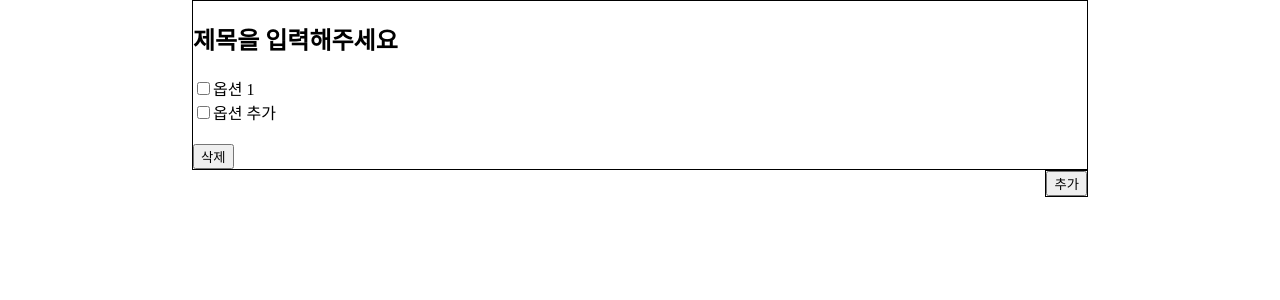
Repository: binigy97/VoteStie
Page: voteWeb/src/main/resources/static/index.html
These files come from the project's save history. The page is drawn as it stood at one moment and after the next save; the edit follows.
The browser window is 1280 px wide. The pictures show the whole page.

Above is the page before, as saved 2022-02-23 22:04:38.

After the next save:
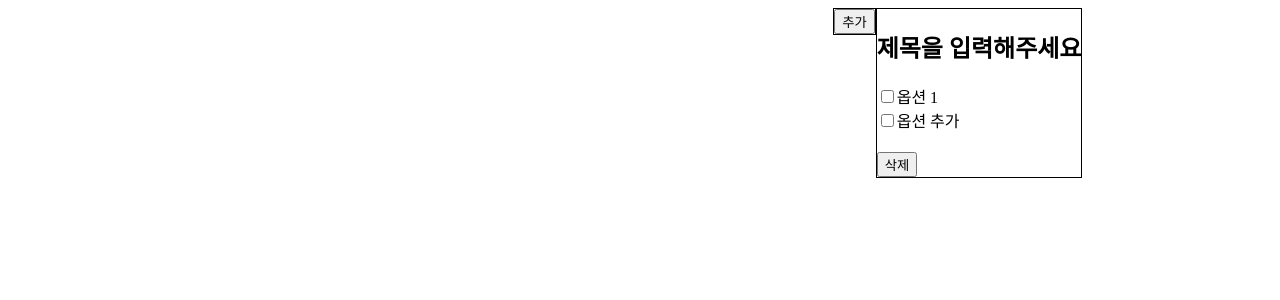
Saved 51 s later.
--- a/voteWeb/src/main/resources/static/index.html
+++ b/voteWeb/src/main/resources/static/index.html
@@ -5,7 +5,7 @@
 <title>투표 사이트</title>
 </head>
 <style>
-body {
+section {
 	width: 70%;
 	margin: 0 auto;
 }
@@ -27,16 +27,18 @@ div > label:last-child {
 </style>
 <body>
 <!-- 투표 내용 생성 -->
-<article>
-	<h2>제목을 입력해주세요</h2>
-	<div>
-		<label><input type="checkbox" name="op1" value="옵션 1">옵션 1</label>
-		<label><input type="checkbox" name="add_btn" value="옵션 추가">옵션 추가</label>
-	</div>
-	<div>
-		<button>삭제</button>
-	</div>
+<section>
+	<article>
+		<h2>제목을 입력해주세요</h2>
+		<div>
+			<label><input type="checkbox" name="op1" value="옵션 1">옵션 1</label>
+			<label><input type="checkbox" name="add_btn" value="옵션 추가">옵션 추가</label>
+		</div>
+		<div>
+			<button>삭제</button>
+		</div>
 </article>
+</section>
 <!-- 투표지 추가 -->
 <article>
 	<button>추가</button>
